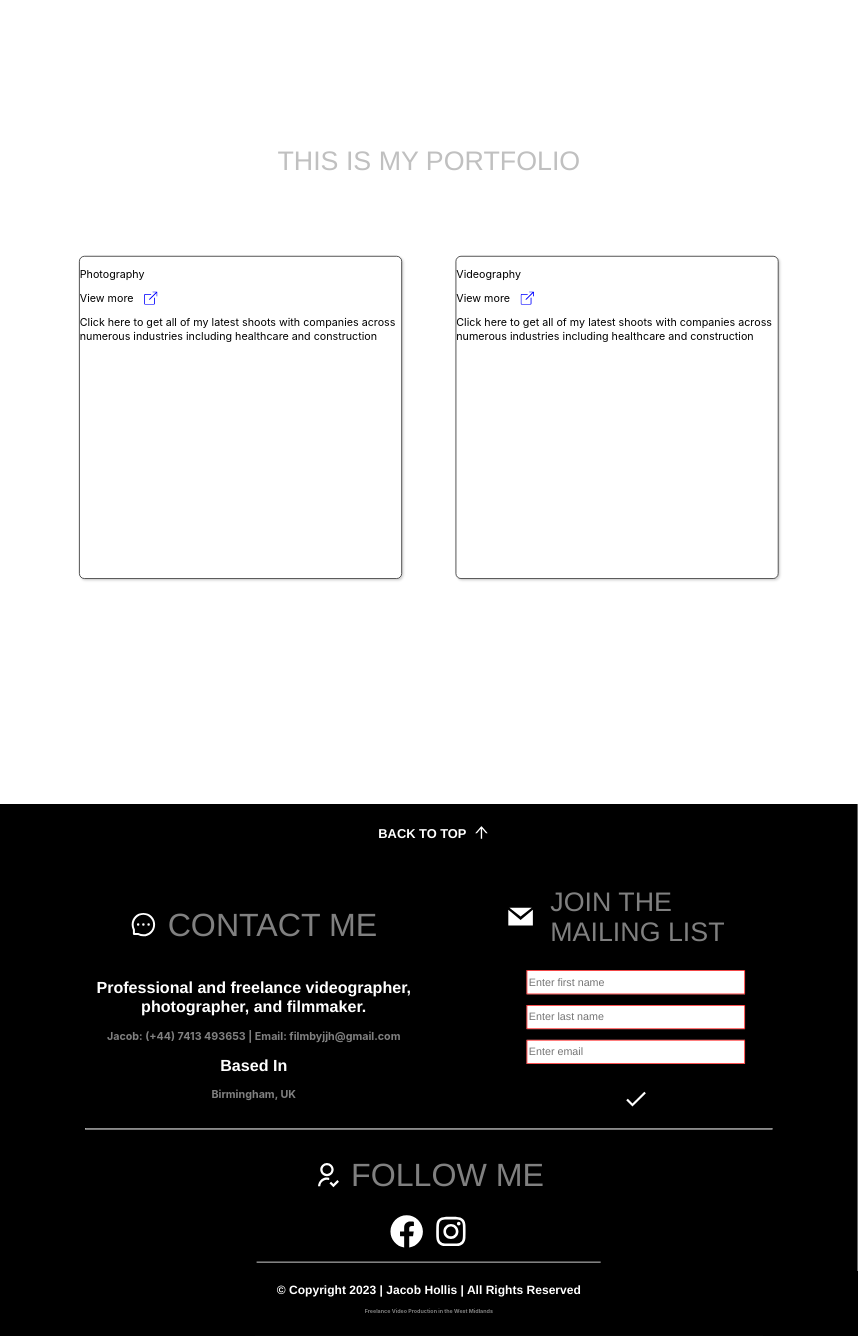
Repository: ThomasMTurner/filmbyjjh-portfolio
Page: /portfolio (app in client/)
The author's editor kept a copy of each file at every save. The page is drawn from the files as they stood at one save, then again after a run of saves.
The browser window is 1280 px wide. The pictures show the whole page, at 67% of full size.
The project was rebuilt for these pictures with package versions that can differ from the ones it lists, and the page was loaded fresh each time. Also part of the build but not shown: client/vite.config.js, client/src/pages/Components/TagComponents.jsx, client/src/pages/Components/Post.jsx, client/src/pages/Components/SearchBar.jsx, client/src/pages/Updates.jsx, client/src/pages/Contact.jsx, client/src/pages/Components/InitialLogin.jsx, client/src/pages/Home.jsx and 2 more. Imported but missing from the stored project, and not drawn on this page: client/src/pages/Components/Videos/header.mp4, client/src/pages/Components/Videos/portfolio-reel.mp4.

Above is the page before, as saved 2023-10-20 12:55:21.

### client/public/index.html
<!DOCTYPE html>
<html lang="en">
  <head>
    <meta charset="utf-8" />
    <link rel="icon" href="%PUBLIC_URL%/favicon2.ico" />
    <meta name="viewport" content="width=device-width, initial-scale=1" />
    <meta name="theme-color" content="#000000" />
    <meta
      name="description"
      content="Web site created using create-react-app"
    />
    <link rel="apple-touch-icon" href="%PUBLIC_URL%/logo192.png" />
    <!--
      manifest.json provides metadata used when your web app is installed on a
      user's mobile device or desktop. See https://developers.google.com/web/fundamentals/web-app-manifest/
    -->
    <link rel="manifest" href="%PUBLIC_URL%/manifest.json" />
    <!--
      Notice the use of %PUBLIC_URL% in the tags above.
      It will be replaced with the URL of the `public` folder during the build.
      Only files inside the `public` folder can be referenced from the HTML.

      Unlike "/favicon.ico" or "favicon.ico", "%PUBLIC_URL%/favicon.ico" will
      work correctly both with client-side routing and a non-root public URL.
      Learn how to configure a non-root public URL by running `npm run build`.
    -->
    <title>FILM.BY.JJH</title>
  </head>
  <body>
    <noscript>You need to enable JavaScript to run this app.</noscript>
    <div id="root"></div>
    <!--
      This HTML file is a template.
      If you open it directly in the browser, you will see an empty page.

      You can add webfonts, meta tags, or analytics to this file.
      The build step will place the bundled scripts into the <body> tag.

      To begin the development, run `npm start` or `yarn start`.
      To create a production bundle, use `npm run build` or `yarn build`.
    -->
  </body>
</html>

### client/src/index.jsx
import React from 'react';
import ReactDOM from 'react-dom/client';
import './index.css';
import App from './App';
import { UserRoleProvider } from './userRoleContext';


const root = ReactDOM.createRoot(document.getElementById('root'));
root.render(
  <React.StrictMode>
    <UserRoleProvider>
      <App />
    </UserRoleProvider>
  </React.StrictMode>
);

### client/src/App.jsx
import { useLocation, useNavigate, Route, Outlet, BrowserRouter as Router, Routes} from 'react-router-dom';
import { useEffect, useState, Suspense } from 'react';
import { CSSTransition } from 'react-transition-group';
import { ColorRing } from 'react-loader-spinner';
import React from 'react';
import NavBar from "./pages/Components/Navbar"
import Footer from "./pages/Components/Footer";
import Updates from './pages/Updates';
import Contact from './pages/Contact';
import Home from './pages/Home';
import { EventHighlights, PromotionalMaterial } from './pages/Videography';
import SubNav from './pages/Components/SubNav';
import Portfolio from './pages/Portfolio';


//page to capture individual shoots or projects, want back button at top right with title

const VideoPage = () => {
  const navigate = useNavigate();
  const location = useLocation();

  useEffect(() => {
    if (location.pathname == '/video'){
      navigate('/video/event-highlights');
    }
  }, [navigate, location]);

  return (
    <div className='video-page-wrapper'>
      <div className='sideline-content'>
        <SubNav
          title="Videography Content"
          parentLink="video"
          links={{"Event highlights": "event-highlights", "Promotional material": "promotional-material", "Drone footage": "my-first-highlight-reel" }}
          subLinks={{'event highlights': {"Shoots": {"Atlas Gym": "/video/links/atlas-gym"}, "Individual projects":{}}}}
          className='subnav'
        />
        <p className='sideline-content-text'>Welcome to the videography page, you can view all of my highlighted video projects on the right by scrolling. You can also look into each project by clicking on the button inside the caption. </p>
      </div>

      <div className='page-content-wrapper'>
        <Routes>
          <Route path="/event-highlights" element={<EventHighlights />} />
          <Route path="/promotional-material" element={<PromotionalMaterial />} />
        </Routes>
      </div>
    </div>
  );
};




const PhotoPage = () => {
    const navigate = useNavigate();
    const location = useLocation();

    useEffect(() => {
      if (location.pathname == '/video'){
        navigate('/video/event-highlights');
      }
    }, [navigate, location]);

    return (
      <div className='photo-page-wrapper'>
        <SubNav
          title="Photography Content"
          parentLink="photo"
          links={{}}
        />
        <Routes>
          <Route path="/" element={<EventHighlights />} />
        </Routes>
      </div>
    );

}


const LoadingPage = () => {
  return (
    <div className='loading-page'>
      <ColorRing
        className='loading-spinner'
        visible={true}
        height="100"
        width="100"
        ariaLabel="blocks-loading"
        wrapperStyle={{}}
        wrapperClass="blocks-wrapper"
        colors={['#000000', '#808080', '#C0C0C0', '#808080', '#000000']}
    />

      <p>Loading, please wait...</p>
    </div>
  )
}


const Layout = () => {
  const [showFooter, setShowFooter] = useState(false);

  useEffect(() => {
    const handleScroll = () => {
      const content = document.getElementById('content');
      if (content) {
        const scrollOffset = content.offsetHeight - document.documentElement.clientHeight;
        setShowFooter(window.pageYOffset >= scrollOffset);

      }
    };

    window.addEventListener('scroll', handleScroll);

    return () => {
      window.removeEventListener('scroll', handleScroll);
    };
  }, []);


      return (
        <div className='layout-wrapper'>
          <CSSTransition
           in={!showFooter}
           timeout={300}
           classNames='nav-transition'
           unmountOnExit>
            <NavBar id='nav' />
          </CSSTransition>
          <div id="content">
            <Outlet/>
          </div>
          <Footer/>
        </div>
      );
    };

/*
Notes for later:


*/


export default function App() {
  return (
    <div className="App">
      <Router>
        <Suspense fallback={<LoadingPage />} timeout={200}>
          <Routes>
            <Route path="/" element={<Layout />}>
              <Route index element={<Home />} />
              <Route path="/updates" element={<Updates />} />
              <Route path="/contact" element={<Contact />} />
              <Route path="/portfolio" element={<Portfolio/>} />
                <Route path="/portfolio/video/*" element={<VideoPage />} />
                <Route path="/portfolio/photo/*" element={<PhotoPage />} />
            </Route>
          </Routes>
        </Suspense>
      </Router>
    </div>
  );
}

### client/src/userRoleContext.jsx
import {useState, createContext} from 'react';

export const UserRoleContext = createContext();

export const UserRoleProvider = ({children}) => {
    const [userRole, setUserRole] = useState(null);
    return (
        <UserRoleContext.Provider value ={{userRole, setUserRole}}>
            {children}
        </UserRoleContext.Provider>
    );
};

### client/src/pages/Components/Navbar.jsx
import './main_styles.css'
import JacobLogo from './Images/jacob-logo.jpg';
import { useState, useEffect } from 'react';
import { NavLink } from 'react-router-dom';
import { motion } from 'framer-motion';
import Hamburger from 'hamburger-react';
import { CSSTransition } from 'react-transition-group';
import classNames from 'classnames';
import {BiSolidRightArrow} from 'react-icons/bi';



function DropDownMenu(props) {
  const isMobileNav = props.isMobileNav;

  const mobileContainer = {
    hidden: {
      opacity:0,
      y: -10
    },
    show: {
      opacity: 1,
      transition: {
        staggerChildren: 0.2,
        duration: 0.5
      },
      y:0
    }
  }

  const mobileItem = {
    hidden: {
      opacity: 0,
      y: -10
    },
    show: {
      opacity: 1,
      y: 0

    }
  }

  if (isMobileNav){
  return (
  <motion.div
    variants = {mobileContainer}
    initial = "hidden"
    animate = "show"
            >

        <ul className='test-sub-menu' onMouseLeave={() => (!isMobileNav) && props.setVideoSubMenu(false)}>
          {Object.entries(props.links).map(([key, value], index) => (
            <motion.div
                        whileHover={{x:5}}
                        transition={{type:"string", duration:0.2, stiffness:300, damping:50}}
                        initial= "hidden"
                        animate= "show"
                        variants={mobileItem}
                        >
              <li>

                <NavLink
                  exact
                  to={value}
                  className={({ isActive }) => (isActive ? 'active-sub-nav-item' : 'sub-nav-item')}
                  key={index}
                >
                  {key}
                </NavLink>
              </li>
            </motion.div>
          ))}
        </ul>
    </motion.div>

  );
   }
  else {
    return (
      <motion.div initial={{x:200, y:-65, opacity:0}}
                  animate ={{y:-55, opacity:1}}
                  transition={{type:"string", duration:0.2, stiffness:300, damping:50}}>
        <ul className='test-sub-menu' onMouseLeave={() => (!isMobileNav) && props.setVideoSubMenu(false)}>
          {Object.entries(props.links).map(([key, value], index) => (
            <motion.div transition={{type:"string", duration:0.2, stiffness:300, damping:50}}>
              <li>
                <NavLink
                  exact
                  to={value}
                  className={({ isActive }) => (isActive ? 'active-sub-nav-item' : 'sub-nav-item')}
                  key={index}
                >
                  {key}
                </NavLink>
              </li>
            </motion.div>
          ))}
        </ul>
      </motion.div>
    )
  }
}





export default function NavBar() {
    const [isToggled, setToggled] = useState(false);
    const [isMobileNav, setMobileNav] = useState(false);
    const [VideoSubMenu, setVideoSubMenu] = useState(false);
    const [dimensions, setDimensions] = useState({width:null, height:null})
    const [dropDownOpener, setDropDownOpener] = useState('+');


    const handleToggle = () => {
      setToggled(!isToggled);
    }


    function useDimensions() {
      useEffect(() => {
        const handleDimensions = () => {
          setDimensions({ width: window.innerWidth, height: window.innerHeight });
        };
        window.addEventListener("resize", handleDimensions);
        handleDimensions();
        return () => window.removeEventListener("resize", handleDimensions);
      }, []);
    }

    function useResize() {
      useEffect(() => {
        const handleResize = () => {
          const width = window.innerWidth;
          setMobileNav(width <= 768);
          setToggled(!isMobileNav)
        };

        window.addEventListener("resize", handleResize);
        handleResize();
        return () => window.removeEventListener("resize", handleResize);
      }, []);
    }




    const logoClasses = classNames({
      'main-logo-wrapper': true,
      'logo-reposition': isMobileNav
    })


    const handleMobileDropDownClick = () => {
      setVideoSubMenu(!VideoSubMenu);
      if (dropDownOpener == '+'){
        setDropDownOpener('-');
      }
      else{
        setDropDownOpener('+');
      }
    }



    useDimensions()
    useResize()



    return (

    <div className="app-wrapper">
      <nav className='Navigation'>
        <div className={logoClasses}>
          <img src={JacobLogo} className="main-logo" alt="Jacob's Logo"/>
        </div>
        <button onClick={() => handleToggle()} className="hamburger-menu-icon">
          <Hamburger toggled={isToggled} toggle={setToggled} size={30} color={"white"} />
        </button>
          {isToggled &&

              <ul className="nav-wrapper">
                <li>
                  <NavLink exact to="/" className={({ isActive }) => (isActive ? 'active-nav-item' : 'nav-item')}>Home</NavLink>
                </li>
                <li>
                  <NavLink exact to="/updates" className={({ isActive }) => (isActive ? 'active-nav-item' : 'nav-item')}>Updates</NavLink>
                </li>
                <li onMouseEnter={() => (!isMobileNav) && setVideoSubMenu(true)} onMouseLeave ={() => (!isMobileNav) && setVideoSubMenu(false)}>
                  <NavLink exact to="/portfolio" className={({ isActive }) => (isActive ? 'active-nav-item' : 'nav-item')}>Portfolio</NavLink>
                  {isMobileNav && <button className='drop-down-mobile-button' onClick={() => handleMobileDropDownClick()}> {dropDownOpener} </button>}
                  {VideoSubMenu && (
                    <DropDownMenu
                      VideoSubMenu={VideoSubMenu}
                      setVideoSubMenu={setVideoSubMenu}
                      isMobileNav={isMobileNav}
                      links={{ 'Home': '/portfolio', 'Videography': '/portfolio/video', 'Photography': '/portfolio/photo' }}
                    />

  )}
                </li>
                <li>
                  <NavLink exact to="/contact" className={({ isActive }) => (isActive ? 'active-nav-item' : 'nav-item')}>Contact</NavLink>
                </li>
              </ul>


          }

      </nav>
    </div>

    );

  }

### client/src/pages/Portfolio.jsx
import { useNavigate } from 'react-router-dom';
import {BsBoxArrowUpRight, BsArrowRight} from 'react-icons/bs';

const PortfolioCard = (props) => {
    const navigate = useNavigate();
    console.log(props.title.toLowerCase().slice(0, 5))
    return (
        <div className='portfolio-card'>
            <p>{props.title}</p>
            <button className='portfolio-card-button' type="button" onClick={() => navigate(`/portfolio/${props.title.toLowerCase().slice(0, 5)}`)}>View more <BsBoxArrowUpRight color={'blue'} size={20} /></button>
            <p>{props.desc}</p>
        </div>
    )
}
export default function Portfolio() {
    return(
        <div style={{display:'flex', flexDirection:'column', justifyContent:'center', alignItems:'center', width:'100%', gap:'5rem', minHeight:'75rem', position:'relative', bottom:'5rem'}}>
            <p style={{fontFamily:'helvetica', fontWeight:'200', fontSize:'2.5rem', color:'silver'}}>THIS IS MY PORTFOLIO</p>
            <div style={{display:'flex', flexDirection:'row', justifyContent:'center', alignItems:'center', width:'100%', gap:'5rem'}}>
                <PortfolioCard title="Photography" desc="Click here to get all of my latest shoots with companies across numerous industries including healthcare and construction" />
                <PortfolioCard title="Videography" desc="Click here to get all of my latest shoots with companies across numerous industries including healthcare and construction" />
            </div>
        </div>
    )
}

### client/src/pages/Components/ScrollButton.jsx
import './main_styles.css';
import { useState } from 'react';
import {AiOutlineArrowUp} from 'react-icons/ai';

export default function ScrollButton () {
    const [iconActive, setIconActive] = useState(false);
    const handlePress = () => {
        window.scrollTo({top:0, left:0, behavior:"smooth"});
    }

    const handleIconState = () => {
        setIconActive(!iconActive);
    }

    const handleIconColour = () => {
        if (iconActive) {
            return 'gray';
        }
        else {
            return 'white';
        }
    }


    return (
        <div className='scroll-button-wrapper' onMouseEnter={handleIconState} onMouseLeave={handleIconState}>
            <button onClick={handlePress} className='scroll-button'>BACK TO TOP
            <AiOutlineArrowUp width='200' height='200' color={handleIconColour()} className='scroll-icon'/>
            </button>

        </div>
    );
}

Loaded but not shown: client/src/index.css (common file); client/src/pages/Components/main_styles.css (2535 lines, source omitted); client/src/pages/Components/Footer.jsx (238 lines, source omitted)

After the next 2 saves:
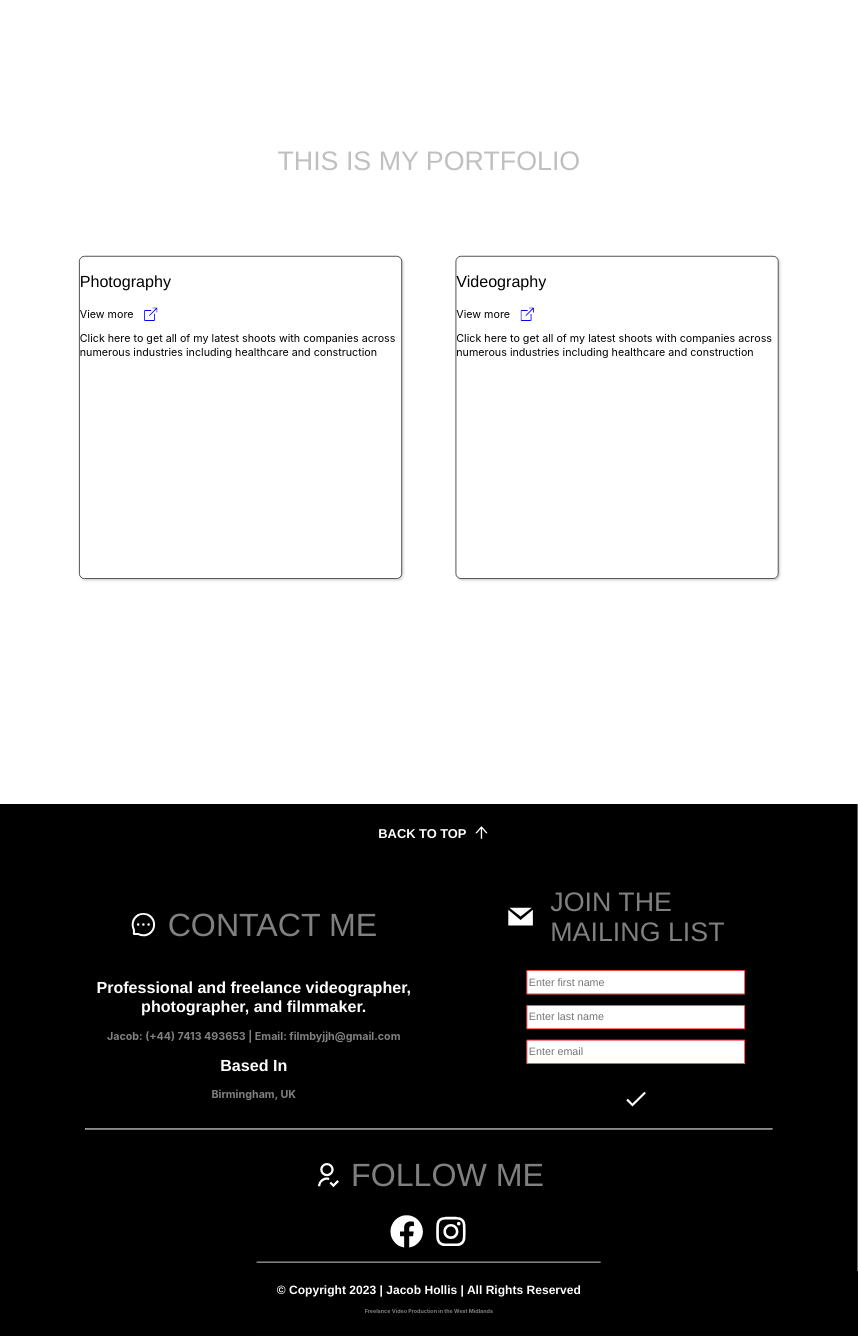
The 2 saves are shown as one change because they came seconds apart.
The last was saved 15 s later.
--- a/client/src/pages/Portfolio.jsx
+++ b/client/src/pages/Portfolio.jsx
@@ -6,7 +6,7 @@ const PortfolioCard = (props) => {
     console.log(props.title.toLowerCase().slice(0, 5))
     return (
         <div className='portfolio-card'>
-            <p>{props.title}</p>
+            <p style={{fontFamily:'helvetica', fontWeight:'200', fontSize:'1.5rem', color:'black'}}>{props.title}</p>
             <button className='portfolio-card-button' type="button" onClick={() => navigate(`/portfolio/${props.title.toLowerCase().slice(0, 5)}`)}>View more <BsBoxArrowUpRight color={'blue'} size={20} /></button>
             <p>{props.desc}</p>
         </div>
